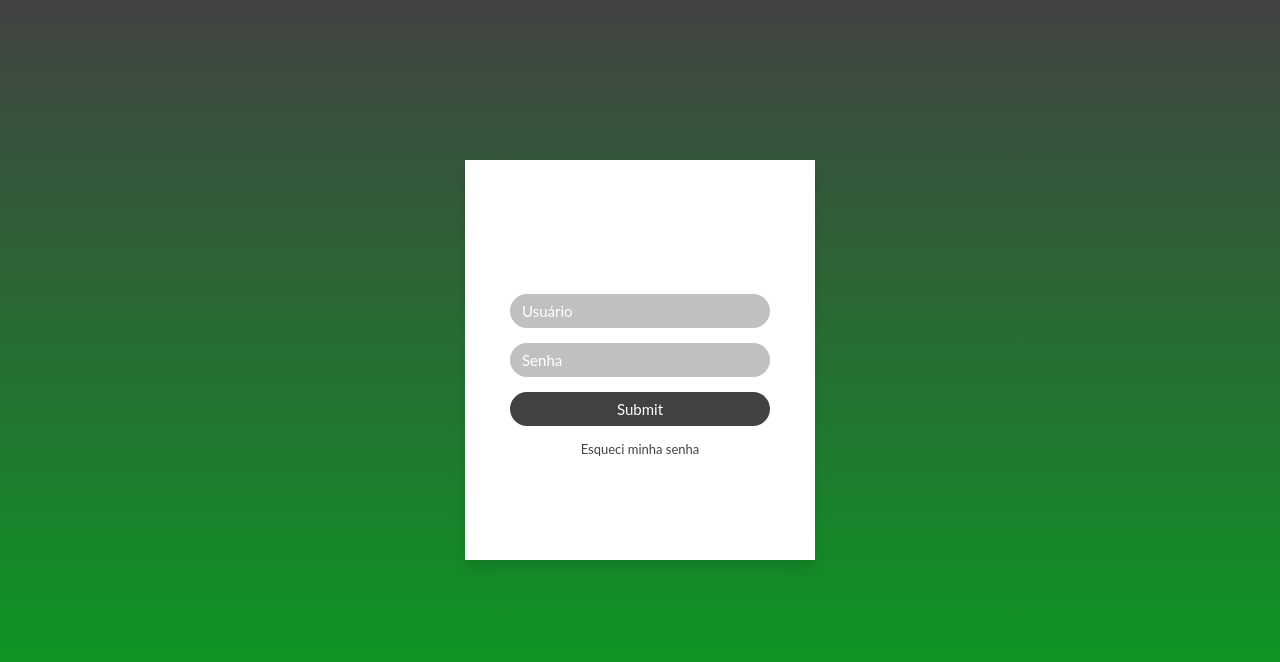
Repository: JoaoNahid/adminSystem
Page: /login (app in client/)
The author's editor kept a copy of each file at every save. The page is drawn from the files as they stood at one save, then again after the next save.
The browser window is 1280 px wide. The pictures show the whole page.
The project was rebuilt for these pictures with package versions that can differ from the ones it lists, and the page was loaded fresh each time. Also part of the build but not shown: client/src/App.css, client/src/routes/cadastro.js, client/src/routes/home.js.

Above is the page before, as saved 2022-04-20 20:09:25.

### client/src/App.js
import logo from './logo.svg';
import React, { useState, useEffect } from "react"
import './App.css';
import './css/style.css';


// Router
import { BrowserRouter as Router, Route, Routes } from 'react-router-dom';
// Telas
import Login from './routes/login.js'
import Cadastro from './routes/cadastro.js'
import Home from './routes/home.js'

function App() {
  return (
    <Router>
      <div>
        <Routes>
          <Route exact path="login" element={<Login />} />
          <Route exact path="cadastro" element={<Cadastro />} />
          <Route exact path="home" element={<Home />} />
        </Routes>
      </div>
    </Router>
  )
}

/* function App() {

  const [values, setValues] = useState([])
  const handleClickButton = () => {
    Axios.post("http://localhost:3001/cadastroNoticia", {
      titulo: values.nome,
      conteudo: values.conteudo

    }).then((response) => {
      console.log(response)
    })
    console.log(values)
  }
  const handleChangeValues = (value) => {
    setValues((prevValue) => ({
      ...prevValue,
      [value.target.name]: value.target.value,
    }))
  }
  return (
    <div className="App">
      <input type="text" name="nome" placeholder="Nome" className="input" onChange={handleChangeValues} />
      <input type="text" name="conteudo" placeholder="Categoria" className="input" onChange={handleChangeValues} />
      <input type="text" name="preco" placeholder="Preço" className="input" onChange={handleChangeValues} />
      <button className="btnSalvar" onClick={() => handleClickButton()} >Salvar</button>
    </div>
  );
} */

export default App;

### client/src/css/style.css
body{
  margin: 0;
  padding: 0;
  font-family: 'Lato', sans-serif;
}
*{
  margin: 0;
  padding: 0;
  font-family: 'Lato', sans-serif;
}
:root{
  --cor1: #099c22;
  --cor2: #424242;
}

@import url('https://fonts.googleapis.com/css2?family=Lato:ital,wght@0,100;0,300;0,400;0,700;0,900;1,100;1,300;1,400;1,700;1,900&display=swap');


.container{
  /* width: calc(100% - 80px); */
  margin-left: 80px;
  padding: 0 15px;
}
.nomePagina{
  padding: 8px 0;
  margin-bottom: 15px;
  background-color: #fff;
  display: flex;
  flex-direction: row;
  justify-content: space-between;
  align-items: center;
}

.tituloPagina{
  color: var(--cor2);
  font-size: 30px;
}
.mostrarEstatisticas{
  color: var(--cor2);
  font-size: 30px;
  cursor: pointer;
  transform: rotate(180deg);
}
.flexBox{
  display: flex;
}
.flexRow{
  flex-direction: row;
}
/* SIDEBAR */
.sidebar{
  position: fixed;
  top: 0;
  bottom: 0;
  height: auto;
  width: 70px;
  background-color: var(--cor2);
  box-shadow: 10px 0 0 var(--cor1);
  overflow: hidden;
  transition: 0.5s;
  z-index: 2;
}
.sidebar:hover{
  width: 300px;
}
.sidebar ul{
  position: absolute;
  top: 200px;
  left: 0;
  width: 100%;
  padding-left: 5px;
}
.sidebar ul li{
  position: relative;
  list-style: none;
  width: 100%;
  border-top-left-radius: 20px;
}
.sidebar ul li a{
  position: relative;
  display: flex;
  width: 100%;
  text-decoration: none;
  color: #fff;
}
.sidebar .iconeSidebar{
  position: relative;
  display: block;
  min-width: 60px;
  height: 60px;
  text-align: center;
  line-height: 70px;
}
.sidebar .iconeSidebar ion-icon{
  position: relative;
  font-size: 1.5rem;
  z-index: 1;
}
.sidebar .tituloSidebar{
  position: relative;
  display: block;
  padding-left: 10px;
  height: 60px;
  line-height: 60px;
  white-space: nowrap;
}
.sidebar .active{
  background: var(--cor1);
}
.perfilUsuario{
  position: relative;
  top: 30px;
  display: flex;
  flex-direction: column;
  justify-content: center;
  align-items: center;
}
.fotoUsuario{
  width: 50px;
  height: 50px;
  border-radius: 50%;
  background-size: cover !important;
  background-repeat: no-repeat !important;
  background-position: center !important;
  transition: 0.6s;
}
.sidebar:hover .fotoUsuario{
  width: 100px;
  height: 100px;
}
.sidebar:hover .nomeUsuario,
.sidebar:hover .funcaoUsuario{
  visibility: visible;
  opacity: 1;
  transition: visibility 0s, opacity 0s linear;
}
.nomeUsuario{
  color: #fff;
  font-size: 20px;
  margin-top: 6px;
  visibility: hidden;
  opacity: 0;
  transition: visibility 0s, opacity 0s linear;
}
.funcaoUsuario{
  color: #fff;
  font-size: 15px;
  visibility: hidden;
  opacity: 0;
  transition: visibility 0s, opacity 0s linear;
}
/* FIM SIDEBAR */

/* DASHBOARD */
.areaBlocosEstatisticas{
  display: grid;
  grid-template-columns: repeat(4, 1fr);
  justify-content: center;
  gap: 20px;
  flex-direction: row;
}
@media(max-width: 1064px){
  .areaBlocosEstatisticas{
    grid-template-columns: repeat(2, 1fr);
  }
}
@media(max-width: 651px){
  .areaBlocosEstatisticas{
    grid-template-columns: 1fr;
  }
}
.blocoEstatistica{
  width: auto;
  height: 150px;
  background: var(--cor2);
  color: #fff;
  border-bottom: 3px solid var(--cor1);
  border-top-left-radius: 20px;
  border-top-right-radius: 20px;
  display: flex;
  flex-direction: column;
  justify-content: space-between;
  align-items: center;
  padding: 8px 12px;
}
.tituloEstatistica{
  font-size: 25px;
  text-transform: capitalize;
}
.conteudoEstatistica{
  display: flex;
  flex-direction: row;
  align-items: center;
  justify-content: space-between;
  width: 100%;
  padding-bottom: 25px;
}
.iconeEstatistica{
  width: 85px;
  font-size: 50px;
  z-index: 0;
}
.dadosEstatistica{
  text-align: center;
  width: 100%;
  font-size: 60px;
  color: #fff;
}
.exibirMenu{
  margin-top: -1000px !important;
  transition: .3s;
}
.rotacionarBtn{
  transform: rotate(180deg);
  transition: .7s ease-in;
}
/* FIM DASHBOARD */

/* LOGIN */
#bgAreaLogin{
  background: rgb(9,156,34);
  background: linear-gradient(0deg, rgba(9,156,34,1) 0%, rgba(66,66,66,1) 100%);
  width: 100%;
  height: 100vh;
}
#areaLogin{
  position: absolute;
  top: 0;
  bottom: 0;
  right: 0;
  left: 0;
  margin: auto auto;
  width: 350px;
  height: 400px;
  box-shadow: rgba(0, 0, 0, 0.1) 0px 10px 15px -3px, rgba(0, 0, 0, 0.05) 0px 4px 6px -2px;
  background-color: #fff;
}
.formLogin{
  padding: 15px 45px ;
  display: flex;
  flex-direction: column;
  gap: 15px;
  align-items: center;
  justify-content: center;
  height: 100%;
}
#areaLogin input{
  /* border-top: 0 none;
  border-right: 0 none;
  border-left: 0 none;
  border-color: var(--cor1); */
  border: 0 none;
  background: #42424255;
  color: var(--cor2);
  border-radius: 20px;
  padding: 8px 12px;
  font-size: 15px;
  width: calc(100% - 24px);
}
#areaLogin input::placeholder{
  color: #fff;
}
#areaLogin input:focus{
  outline: none;
}
.btnLogar{
  width: 100% !important;
  background-color: var(--cor2) !important;
  transition: .3s;
  color: #fff !important;
}
.btnLogar:hover{
  background-color: var(--cor1) !important;
  color: #fff !important;
  cursor: pointer;
}
.esqueciASenha{
  font-size: 13px;
  color: var(--cor2);
  text-decoration: none;
}
.esqueciASenha:hover{
  color: inherit;
}

/* FIM LOGIN */

/* Edição Site */
#areaTotalEdicaoSite{
  width: 100%;
}
.menuPaginas{
  display: flex;
  justify-content: center;
  flex-direction: row;
  margin-left: 230px;
  gap: 1px;
  background: var(--cor1);
}
.paginaEdicao{
  padding: 10px 10px;
  background-color: var(--cor2);
  color: #fff;
  width: 100%;
  text-align: center;
}
.paginaEdicao:hover{
  background: var(--cor1);
  cursor: pointer;
}
.menuSectionsPagina{
  width: 230px;
  display: flex;
  flex-direction: column;
  justify-content: center;
  background: var(--cor1);
}
.sectionEdicao{
  background: var(--cor2);
  color: #fff;
  width: calc(100% - 25px);
  text-align: left;
  padding: 16px 12px;
  text-decoration: none;
}
.sectionEdicao:hover{
  background: var(--cor1);
  cursor: pointer;
}
.boxFormEdicao{
  padding: 20px;
  width: calc(100% - 267px);
  border: solid 1px var(--cor2);
  border-left: solid 1px var(--cor1);
}
.tituloCampo{
  font-size: 18px;
  color: var(--cor2);
  margin-bottom: 10px;
}
.menuAtivo{
  background-color: var(--cor1);
}
/* Fim Edição Site */


/* INPUTS */
input:focus{
  outline: 0;
}
.formEdicao input{
  border-top: 0 none;
  border-right: 0 none;
  border-left: 0 none;
  border-bottom: 2px solid var(--cor2);
  padding: 0 5px 2px;
  font-size: 15px;
  transition: 0.3s;
  width: 100%;
}
.formEdicao input:focus{
  border-color: var(--cor1);
}
/* FIM INPUTS */

### client/src/routes/login.js
import React, { Component} from "react"
import Axios from "axios"

export default class Login extends Component{
    constructor() {
        super()

        this.state = {
            usuario: "",
            senha: "",
            email: ""
        }
    }

    logar = (e) => {
        // 'http://localhost:3001/login/'+this.state.email+'/'+this.state.senha
        Axios.get('http://localhost:3001/login/' + this.state.email + '/' + this.state.senha).then((response) => {
            console.log(response)
        })
        e.preventDefault()
        console.log(this.state.email)
        console.log(this.state.senha)
    }

    render() {
        return (
            <div id="bgAreaLogin">
                <div id="areaLogin" className="">
                    <div className="logoAreaLogin">

                    </div>
                    <form className="formLogin" method="post">
                        <input className="inputCampo" type="text" autoComplete="off" placeholder="Usuário" name="usuario" defaultValue={this.state.usuario} onChange={(e) => (this.setState({usuario: e.target.value}))} />
                        <input className="inputCampo" type="password" autoComplete="off" placeholder="Senha" name="senha" defaultValue={this.state.senha} onChange={(e) => (this.setState({ senha: e.target.value }))}/>

                        <input className="btnLogar" type="submit" name="logar" defaultValue="Login" onClick={(e) => this.logar(e)} />
                        <a className="esqueciASenha" href="esqueci-a-senha.php">Esqueci minha senha</a>
                    </form>
                </div>
            </div>
        )
    }
}

Loaded but not shown: client/public/index.html (common file); client/src/index.js (common file); client/src/index.css (common file); client/src/reportWebVitals.js (common file)

After the next save:
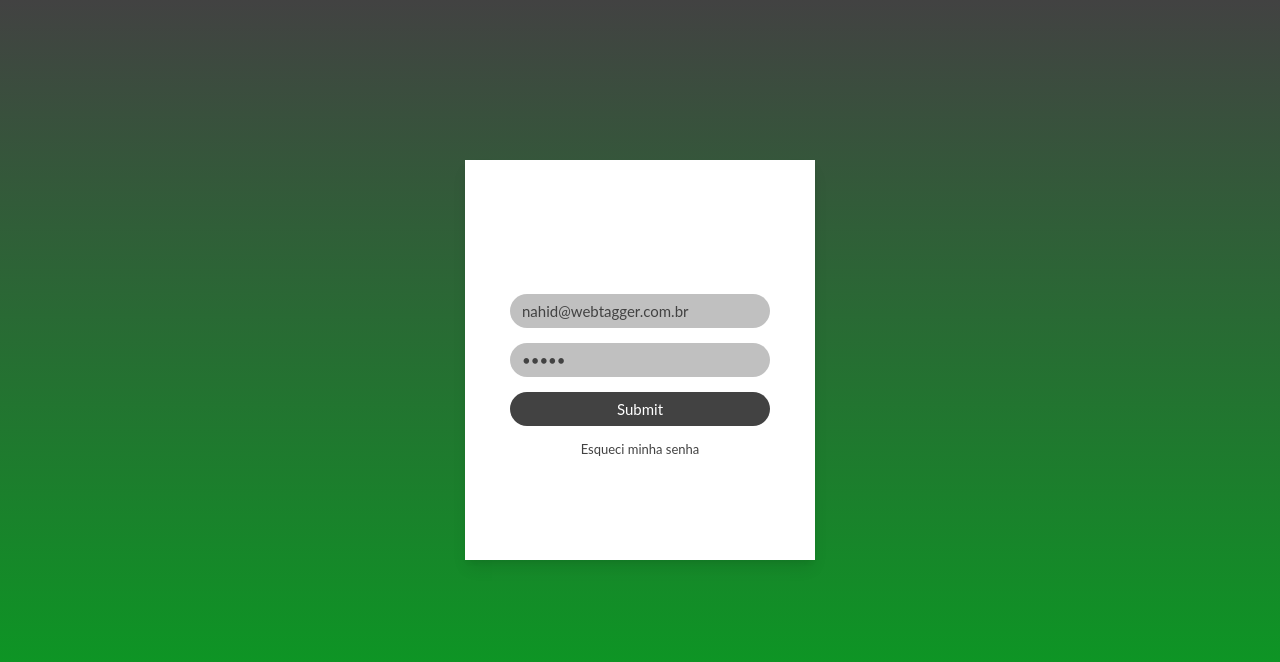
Saved 37 s later.
--- a/client/src/routes/login.js
+++ b/client/src/routes/login.js
@@ -6,8 +6,8 @@ export default class Login extends Component{
         super()
 
         this.state = {
-            usuario: "",
-            senha: "",
+            usuario: "nahid@webtagger.com.br",
+            senha: "teste",
             email: ""
         }
     }
